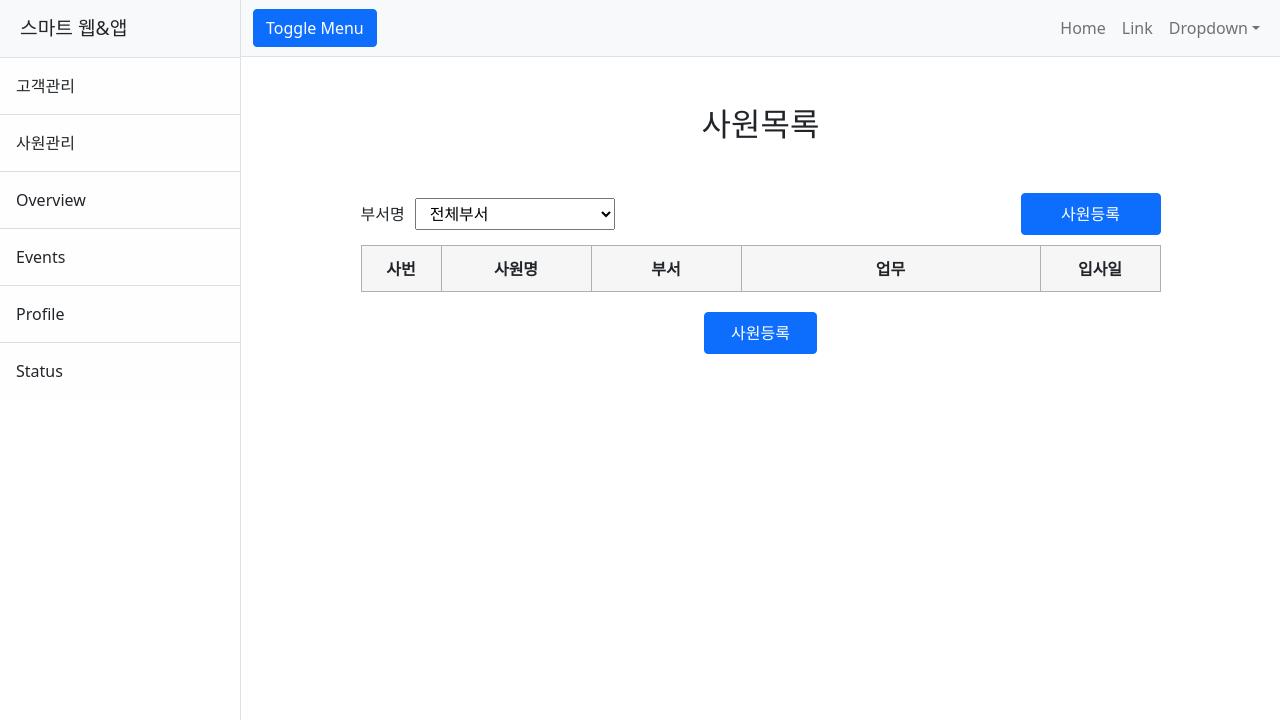
Repository: iwonhee/Study_Servlet
Page: http://localhost/web/employee/list.jsp
These files come from the project's save history. The page is drawn as it stood at one moment and after the next save; the edit follows.
The browser window is 1280 px wide. The pictures show the whole page.
The page is served by Tomcat 9. The template is opened directly, without the code that normally fills it, so the values that code supplies are empty.

Above is the page before, as saved 2022-11-28 08:07:16.

After the next save:
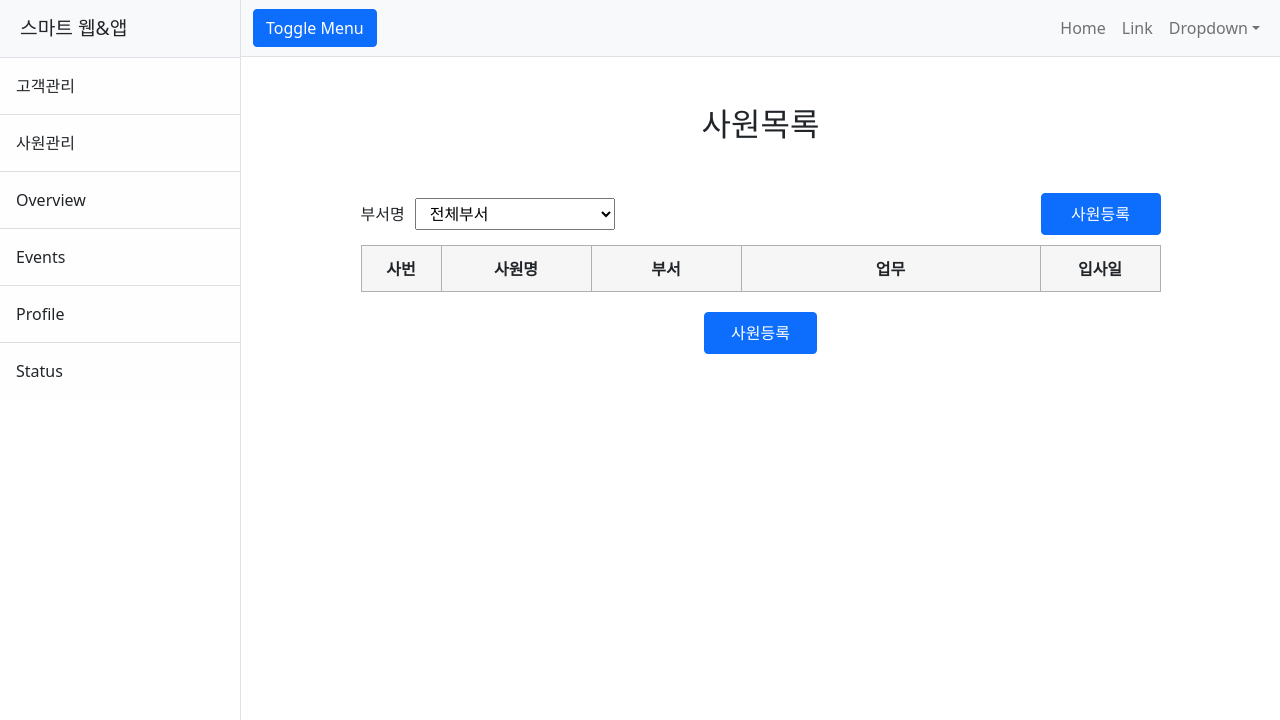
Saved 22 s later.
--- a/web/src/main/webapp/employee/list.jsp
+++ b/web/src/main/webapp/employee/list.jsp
@@ -37,7 +37,7 @@
 	    	</div>
 
 	    	<div class='btnSet'>
-	    		<button class='btn btn-primary w-px140'
+	    		<button class='btn btn-primary w-px120'
 	    				onclick='location="insert.hr"'>사원등록</button>
 	    	</div>
 	    </div>
